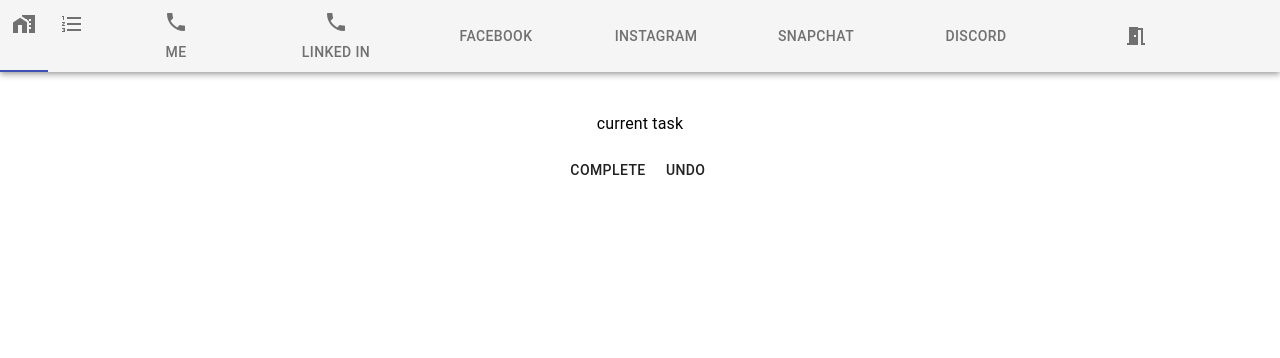
Repository: hossamsulleman1/CONTACTME
Page: / (app in my-app/)
These files come from the project's save history. The page is drawn as it stood at one moment and after the next save; the edit follows.
The browser window is 1280 px wide. The pictures show the whole page.
The project was rebuilt for these pictures with package versions that can differ from the ones it lists, and the page was loaded fresh each time. Also part of the build but not shown: my-app/src/Components/PageProp.jsx, my-app/src/Components/ProfileFolder/FriendsAvatarList.jsx, my-app/src/Components/ProfileFolder/Content.jsx.

Above is the page before, as saved 2020-11-08 11:18:21.

### my-app/src/App.js
import './App.css';
import IconNav from './Components/IconNav';

function App() {
  return (
    <div className="App">
<IconNav>

</IconNav>
    </div>
  );
}

export default App;

### my-app/src/App.css
.App {
  text-align: center;
}

.floatRight {
  float: right;
}

.App-logo {
  height: 40vmin;
  pointer-events: none;
}

@media (prefers-reduced-motion: no-preference) {
  .App-logo {
    animation: App-logo-spin infinite 20s linear;
  }
}

.App-header {
  background-color: #282c34;
  min-height: 100vh;
  display: flex;
  flex-direction: column;
  align-items: center;
  justify-content: center;
  font-size: calc(10px + 2vmin);
  color: white;
}

.App-link {
  color: #61dafb;
}

@keyframes App-logo-spin {
  from {
    transform: rotate(0deg);
  }
  to {
    transform: rotate(360deg);
  }
}

### my-app/src/Components/IconNav.jsx
import React from "react";
import PropTypes from "prop-types";
import { makeStyles } from "@material-ui/core/styles";
import AppBar from "@material-ui/core/AppBar";
import Tabs from "@material-ui/core/Tabs";
import Tab from "@material-ui/core/Tab";
import Typography from "@material-ui/core/Typography";
import Box from "@material-ui/core/Box";
import PhoneIcon from "@material-ui/icons/Phone";
import PageProp from "./PageProp";
import Button from "@material-ui/core/Button";
import Content from "./ProfileFolder/Content";
import MeetingRoomIcon from "@material-ui/icons/MeetingRoom";
import HomeWorkIcon from "@material-ui/icons/HomeWork";
import IconButton from "@material-ui/core/IconButton";
import "../App.css";
import Preview from "./Preview";
import FormatListNumberedIcon from "@material-ui/icons/FormatListNumbered";

function TabPanel(props) {
  const { children, value, index, ...other } = props;

  return (
    <div
      role="tabpanel"
      hidden={value !== index}
      id={`scrollable-auto-tabpanel-${index}`}
      aria-labelledby={`scrollable-auto-tab-${index}`}
      {...other}
    >
      {value === index && (
        <Box p={3}>
          <Typography>{children}</Typography>
        </Box>
      )}
    </div>
  );
}

TabPanel.propTypes = {
  children: PropTypes.node,
  index: PropTypes.any.isRequired,
  value: PropTypes.any.isRequired,
};

function a11yProps(index) {
  return {
    id: `scrollable-auto-tab-${index}`,
    "aria-controls": `scrollable-auto-tabpanel-${index}`,
  };
}

const useStyles = makeStyles((theme) => ({
  root: {
    flexGrow: 1,
    width: "100%",
    backgroundColor: theme.palette.background.paper,
  },
}));

export default function IconNav() {
  const classes = useStyles();
  const [value, setValue] = React.useState(0);

  const handleChange = (event, newValue) => {
    setValue(newValue);
  };

  return (
    <div className={classes.root}>
      <AppBar position="static" color="default">
        <Tabs
          value={value}
          onChange={handleChange}
          indicatorColor="primary"
          textColor="primary"
          variant="scrollable"
          scrollButtons="auto"
          aria-label="scrollable auto tabs example"
        >
          <div className="floatRight">
            <IconButton
              aria-label="delete"
              href="https://semptiareact.web.app/"
            >
              <HomeWorkIcon></HomeWorkIcon>
            </IconButton>
          </div>
          <div className="floatRight">
            <IconButton
              aria-label="delete"
              href="https://semptiareact.web.app/"
            >
              <FormatListNumberedIcon></FormatListNumberedIcon>
              {/* GOES TO SEMPTIA TASK TRACKING PAGE  */}
            </IconButton>
          </div>
          {/* <div className="floatRight">
            <IconButton
              aria-label="delete"
              href="https://semptiareact.web.app/"
            >
              <HomeWorkIcon></HomeWorkIcon>
            </IconButton>
          </div> */}
          <Tab icon={<PhoneIcon />} label="ME" {...a11yProps(0)} />
          <Tab icon={<PhoneIcon />} label="Linked In" {...a11yProps(1)} />
          <Tab label="Facebook" {...a11yProps(2)} />
          <Tab label="Instagram" {...a11yProps(3)} />
          <Tab label="Snapchat" {...a11yProps(4)} />
          <Tab label="Discord" {...a11yProps(5)} />
          <Tab icon={<MeetingRoomIcon />} {...a11yProps(6)} />
        </Tabs>
      </AppBar>
      <TabPanel value={value} index={0}>
        <Preview></Preview>
      </TabPanel>
      <TabPanel value={value} index={1}>
        <PageProp name="Linked In"></PageProp>
      </TabPanel>
      <TabPanel value={value} index={2}>
        <PageProp name="Facebook"></PageProp>
      </TabPanel>
      <TabPanel value={value} index={3}>
        <PageProp name="Instagram"></PageProp>
      </TabPanel>
      <TabPanel value={value} index={4}>
        Item Five
      </TabPanel>
      <TabPanel value={value} index={5}>
        Item Six
      </TabPanel>
      <TabPanel value={value} index={6}>
        {/* make this just a icon thing and have it have a load screen sucess load and this unlocks door and shows stats about door ect not a tab  */}
      </TabPanel>
    </div>
  );
}

### my-app/src/Components/Preview.jsx
import { Button } from '@material-ui/core'
import React, { Component } from 'react'

export default function Preview() {



return (

    <div>
    <p> current task</p>
    <Button>COMPLETE</Button>
    <Button>UNDO</Button>
    </div>

)


}

Loaded but not shown: my-app/public/index.html (common file); my-app/src/index.js (common file); my-app/src/index.css (common file); my-app/src/reportWebVitals.js (common file)

After the next save:
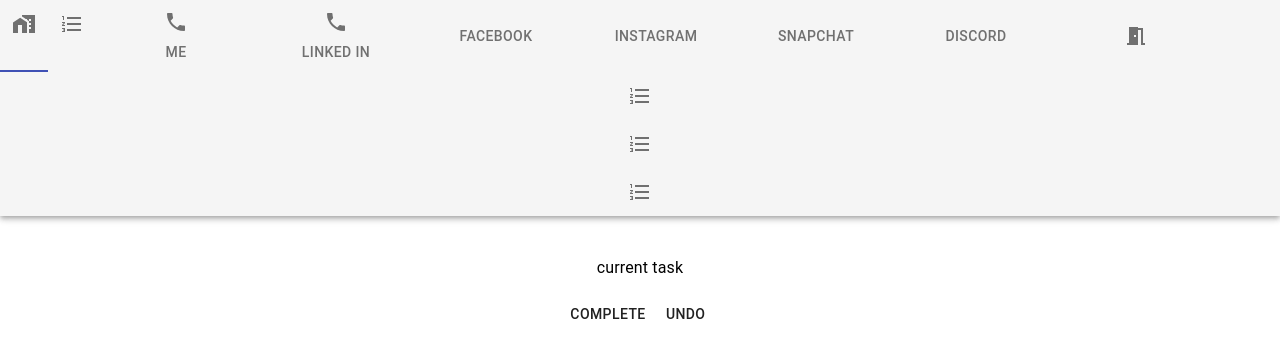
Saved 4 min 9 s later.
--- a/my-app/src/Components/IconNav.jsx
+++ b/my-app/src/Components/IconNav.jsx
@@ -111,6 +111,33 @@ export default function IconNav() {
           <Tab label="Discord" {...a11yProps(5)} />
           <Tab icon={<MeetingRoomIcon />} {...a11yProps(6)} />
         </Tabs>
+        <div className="floatRight">
+            <IconButton
+              aria-label="delete"
+              href="https://semptiareact.web.app/"
+            >
+              <FormatListNumberedIcon></FormatListNumberedIcon>
+              {/* GOES TO SEMPTIA TASK TRACKING PAGE  */}
+            </IconButton>
+          </div>
+          <div className="floatRight">
+            <IconButton
+              aria-label="delete"
+              href="https://semptiareact.web.app/"
+            >
+              <FormatListNumberedIcon></FormatListNumberedIcon>
+              {/* GOES TO SEMPTIA TASK TRACKING PAGE  */}
+            </IconButton>
+          </div>
+          <div className="floatRight">
+            <IconButton
+              aria-label="delete"
+              href="https://semptiareact.web.app/"
+            >
+              <FormatListNumberedIcon></FormatListNumberedIcon>
+              {/* GOES TO SEMPTIA TASK TRACKING PAGE  */}
+            </IconButton>
+          </div>
       </AppBar>
       <TabPanel value={value} index={0}>
         <Preview></Preview>
